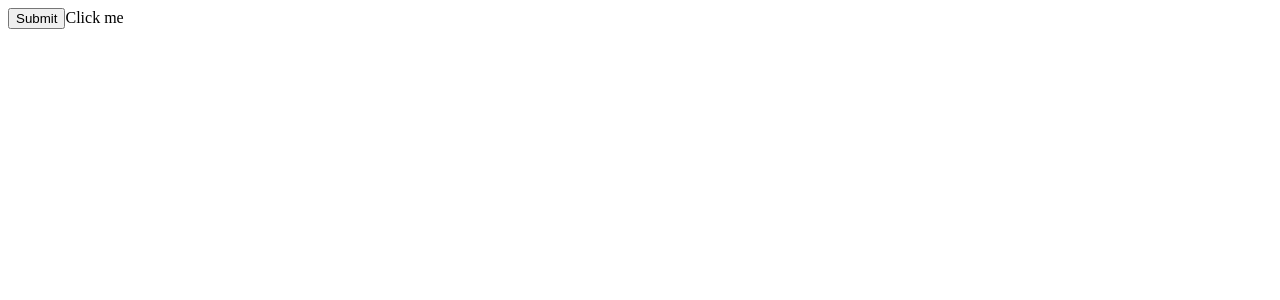
Repository: Yogesh12P/BridgeLabzJava
Page: servletContextExample/WebContent/Welcome.html
An editor plug-in stored every save of this project. The page is shown before and after the next save, followed by the edit.
The browser window is 1280 px wide. The pictures show the whole page.

Above is the page before, as saved 2017-11-10 07:04:26.

After the next save:
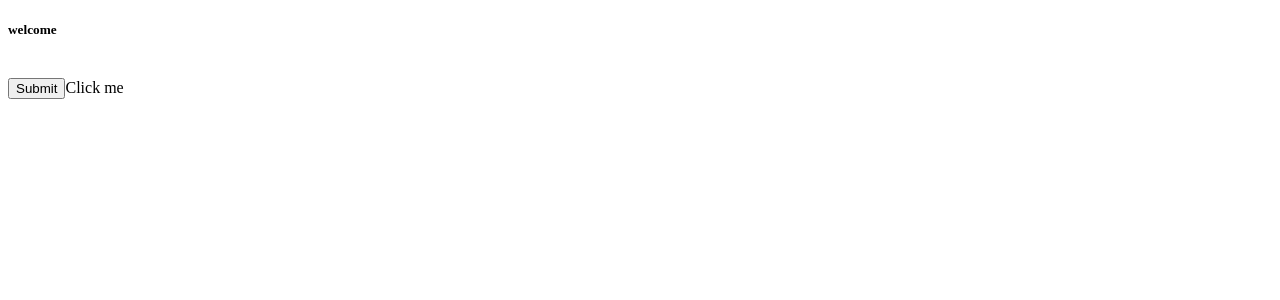
Saved 34 s later.
--- a/servletContextExample/WebContent/Welcome.html
+++ b/servletContextExample/WebContent/Welcome.html
@@ -6,6 +6,7 @@
 </head>
 <body>
 	<form action="onContext" method="post">
+		<h5>welcome</h5><br>
 		<input type="submit">Click me
 	</form>
 </body>
